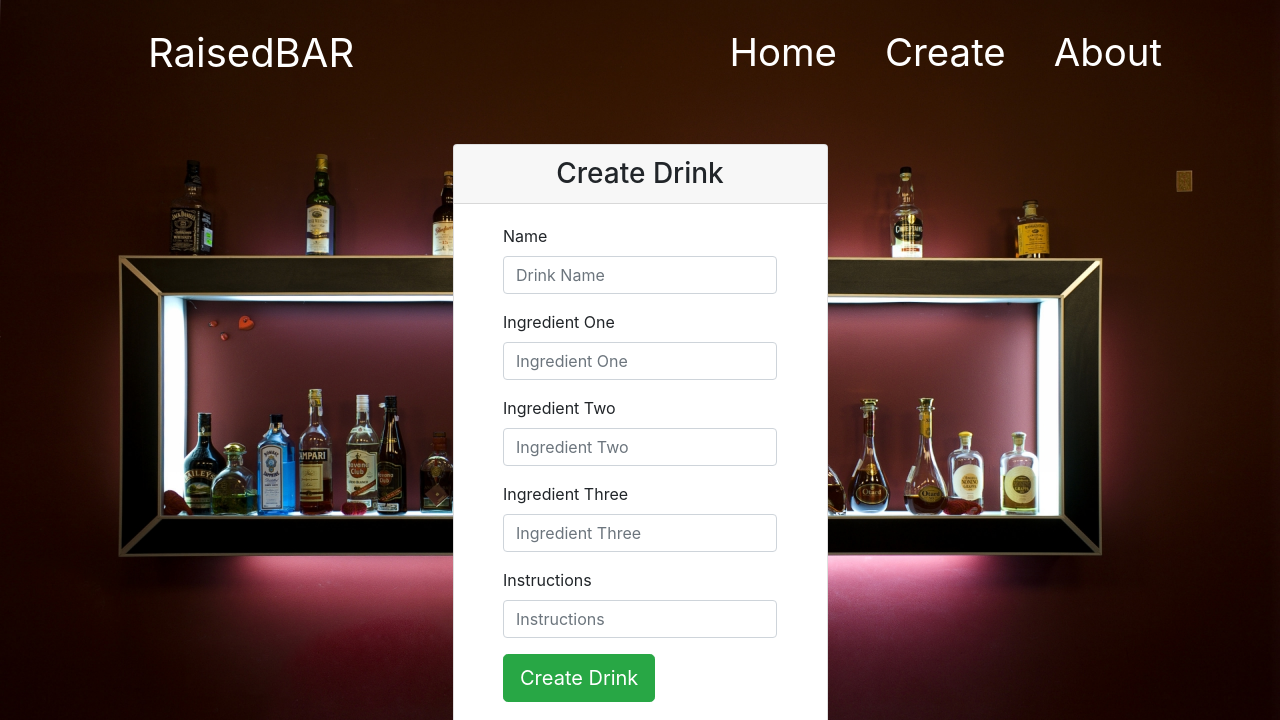
Repository: Ianodad/RaisedBar
Page: /create-drink
An editor plug-in stored every save of this project. The page is shown before and after the next save, followed by the edit.
The browser window is 1280 px wide. The pictures show the whole page.
The project was rebuilt for these pictures with package versions that can differ from the ones it lists, and the page was loaded fresh each time. Also part of the build but not shown: src/api/client.js, src/api/cocktaildb.js, src/component/Search/index.js, src/component/Common/Button/Button.js, src/pages/Home.css, src/component/Common/showCard/Card.css, src/component/Common/showCard/Card.js, src/component/CollectionView/index.js and 4 more.

Above is the page before, as saved 2021-02-02 09:31:24.

After the next save:
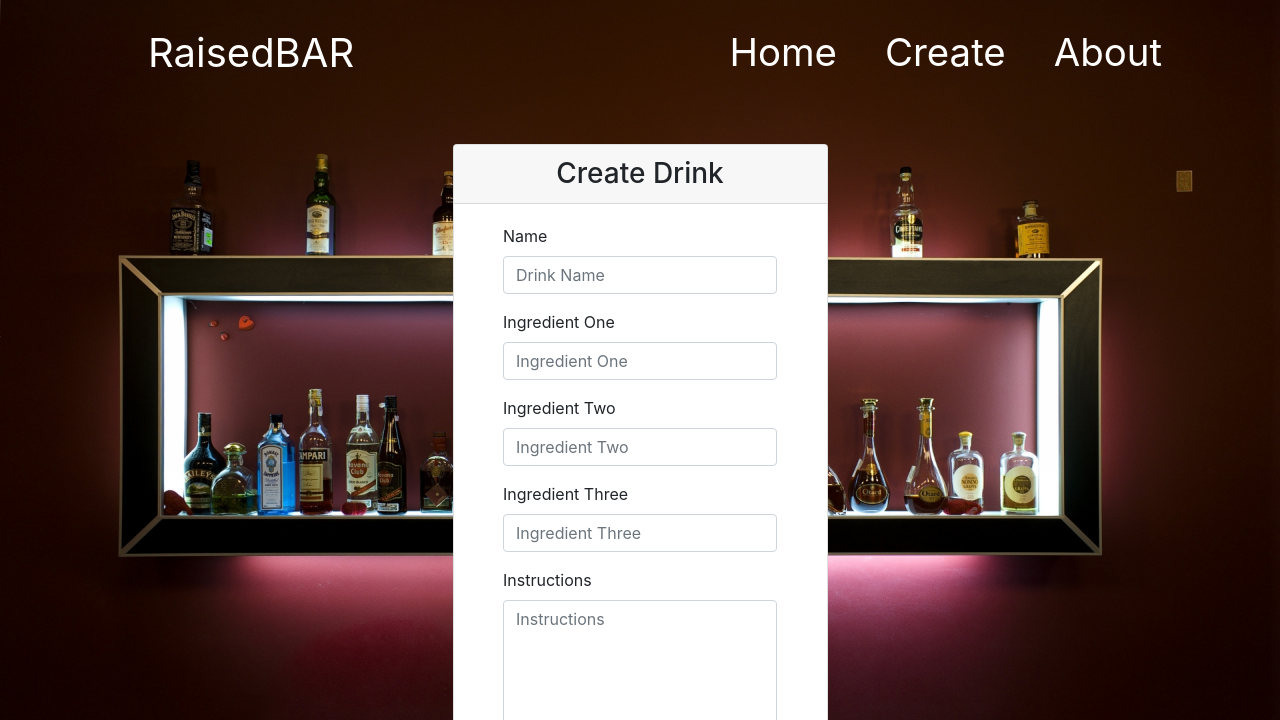
Saved 66 s later.
--- a/src/pages/CreateDrink.js
+++ b/src/pages/CreateDrink.js
@@ -162,7 +162,7 @@ class CreateDrink extends Component {
                   </div> */}
                   <div className="form-group">
                     <label htmlFor="instructions">Instructions</label>
-                    <input
+                    <textarea
                       type="text"
                       className="form-control"
                       // value={values.instructions}
